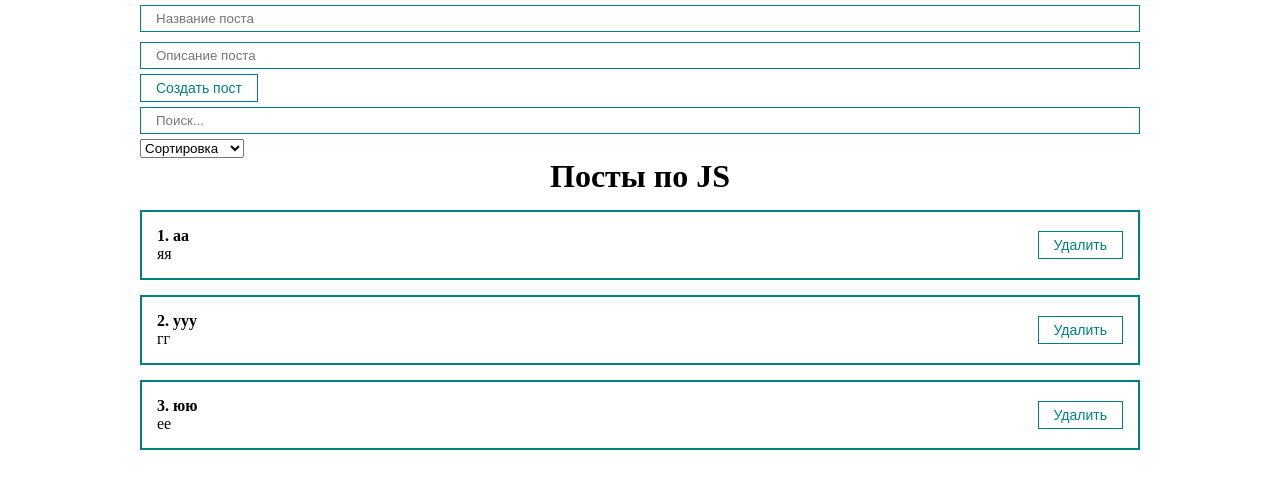
Repository: otvertka/ulb
Page: /
These files come from the project's save history. The page is drawn as it stood at one moment and after the next save; the edit follows.
The browser window is 1280 px wide. The pictures show the whole page.
The project was rebuilt for these pictures with package versions that can differ from the ones it lists, and the page was loaded fresh each time. Also part of the build but not shown: src/components/Counter.jsx, src/components/ClassCounter.jsx.

Above is the page before, as saved 2023-06-13 09:55:56.

### public/index.html
<!DOCTYPE html>
<html lang="en">
  <head>
    <meta charset="utf-8" />
    <meta name="viewport" content="width=device-width, initial-scale=1" />

    <title>React App</title>
  </head>
  <body>
    <noscript>You need to enable JavaScript to run this app.</noscript>
    <div id="root">
      <!-- ЗДЕСЬ БУДЕТ НАШЕ JS ПРИЛОЖЕНИЕ -->
    </div>
  </body>
</html>

### src/index.js
import React from "react";
import ReactDOM from "react-dom";
import App from "./App";

// const root = ReactDOM.createRoot(document.getElementById("root"));
// root.render(<App />);
ReactDOM.render(<App />, document.getElementById("root"));

### src/App.js
import React, { useState, useMemo, useRef } from "react";

import Counter from "./components/Counter";
import ClassCounter from "./components/ClassCounter";
import "./styles/App.css";
import PostItem from "./components/PostItem";
import PostList from "./components/PostList";
import MyButton from "./components/UI/button/MyButton";
import MyInput from "./components/UI/input/MyInput";
import PostForm from "./components/PostForm";
import MySelect from "./components/UI/select/MySelect";

function App() {
  const [posts, setPosts] = useState([
    { id: 1, title: "аа", body: "яя" },
    { id: 2, title: "ууу", body: "гг" },
    { id: 3, title: "юю", body: "ее" },
  ]);

  const [selectedSort, setSelectedSort] = useState("");
  const [searchQuery, setSearchQuery] = useState("");

  const sortedPosts = useMemo(() => {
    // console.log("ОТРАБОТАЛА ФУНКЦИЯ СОРТЕД ПОСТ");
    if (selectedSort) {
      return [...posts].sort(
        (a, b) => a[selectedSort].localeCompare(b[selectedSort]) // развернём Посты в новый массив и мутируем его
      );
    }
    return posts;
  }, [selectedSort, posts]);

  const sortedAndSearchedPosts = useMemo(() => {
    return sortedPosts.filter((post) =>
      post.title.toLowerCase().includes(searchQuery.toLowerCase())
    );
  }, [searchQuery, sortedPosts]);

  const createPost = (newPost) => {
    setPosts([...posts, newPost]);
  };

  // Получаем post из дочернего компонента
  const removePost = (post) => {
    setPosts(posts.filter((p) => p.id !== post.id));
  };

  const sortPosts = (sort) => {
    setSelectedSort(sort);
    console.log(sort);
  };
  // импортируем компонент
  return (
    <div className="App">
      {/* передаём в компонент функцию обратного вызова, чтобы добавить в родительский массив дочерний новый элемент */}
      <PostForm create={createPost} />
      <div>
        <MyInput
          value={searchQuery}
          onChange={(e) => setSearchQuery(e.target.value)}
          placeholder="Поиск..."
        />
        <MySelect
          value={selectedSort}
          onChange={sortPosts}
          defaultValue="Сортировка"
          options={[
            { value: "title", name: "По названию" },
            { value: "body", name: "По описанию" },
          ]}
        />
      </div>
      {sortedAndSearchedPosts.length !== 0 ? (
        <PostList
          remove={removePost}
          posts={sortedAndSearchedPosts}
          title="Посты по JS"
        />
      ) : (
        <h2 style={{ textAlign: "center" }}>Посты не найдены !</h2>
      )}
    </div>
  );
}

export default App;

### src/styles/App.css
* {
  margin: 0;
  padding: 0;
  box-sizing: border-box;
}

/* Рут- блок из index.html */
#root {
  display: flex;
  justify-content: center;
}

.App {
  width: 1000px;
}

.post {
  display: flex;
  padding: 15px;
  border: 2px solid teal;
  margin-top: 15px;
  justify-content: space-between;
  align-items: center;
}

### src/components/PostItem.jsx
import React from "react";
import MyButton from "./UI/button/MyButton";

// Props - входные данные в контексте Реакта. Можно представлять, что это аргумент функции, в кот. мы можем что-то передавать снаружи
const PostItem = (props) => {
  // console.log(props);
  return (
    <div className="post">
      <div className="post__content">
        <strong>
          {props.number}. {props.post.title}
        </strong>
        <div>{props.post.body}</div>
      </div>
      <div className="post__btns">
        <MyButton onClick={() => props.remove(props.post)}>Удалить</MyButton>
      </div>
    </div>
  );
};

export default PostItem;

### src/components/PostList.jsx
import React from "react";
import PostItem from "./PostItem";

const PostList = ({ posts, title, remove }) => {
  return (
    <div>
      <h1 style={{ textAlign: "center" }}>{title}</h1>
      {posts.map((post, index) => (
        <PostItem
          remove={remove}
          number={index + 1}
          post={post}
          key={post.id}
        />
      ))}
    </div>
  );
};

export default PostList;

### src/components/UI/button/MyButton.jsx
import React from "react";
import classes from "./MyButton.module.css";

const MyButton = ({ children, ...props }) => {
  return (
    //
    <button {...props} className={classes.myBtn}>
      {children}
    </button>
  );
};

export default MyButton;

### src/components/UI/input/MyInput.jsx
import React from "react";
import classes from "./MyInput.module.css";

const MyInput = React.forwardRef((props, ref) => {
  return (
    //
    <input ref={ref} className={classes.myInput} {...props} />
  );
});

export default MyInput;

### src/components/PostForm.jsx
import React, { useState } from "react";
import MyInput from "./UI/input/MyInput";
import MyButton from "./UI/button/MyButton";

const PostForm = ({ create }) => {
  const [post, setPost] = useState({ title: "", body: "" });

  const addNewPost = (e) => {
    e.preventDefault();

    const newPost = { ...post, id: Date.now() };
    create(newPost);
    setPost({ title: "", body: "" });
  };
  return (
    <form>
      {/* Управляемый компонент */}
      <MyInput
        value={post.title}
        onChange={(e) => setPost({ ...post, title: e.target.value })}
        type="text"
        placeholder="Название поста"
      ></MyInput>
      {/* Неуправляемый\ Неконтролируемый компонент */}
      <MyInput
        value={post.body}
        onChange={(e) => setPost({ ...post, body: e.target.value })}
        type="text"
        placeholder="Описание поста"
      ></MyInput>
      <MyButton onClick={addNewPost}>Создать пост</MyButton>
    </form>
  );
};

export default PostForm;

### src/components/UI/select/MySelect.jsx
import React from "react";

const MySelect = ({ options, defaultValue, value, onChange }) => {
  return (
    //
    <select value={value} onChange={(event) => onChange(event.target.value)}>
      <option disabled value="">
        {defaultValue}
      </option>
      {options.map((option) => (
        <option key={option.value} value={option.value}>
          {option.name}
        </option>
      ))}
    </select>
  );
};

export default MySelect;

Loaded but not shown: src/components/UI/button/MyButton.module.css (common file); src/components/UI/input/MyInput.module.css (common file)

After the next save:
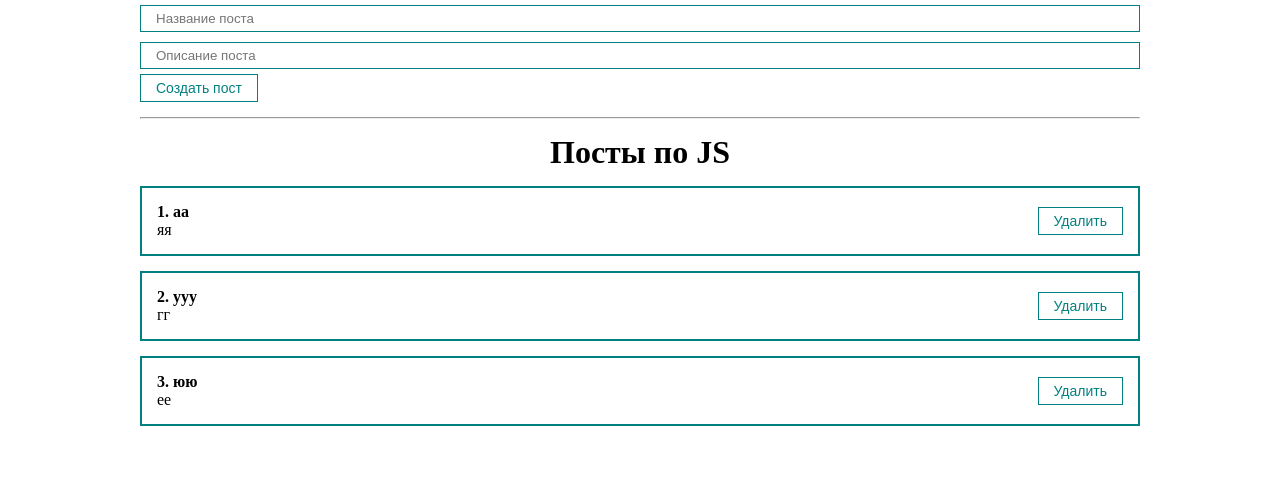
Saved 3 min 17 s later.
--- a/src/App.js
+++ b/src/App.js
@@ -54,22 +54,8 @@ function App() {
     <div className="App">
       {/* передаём в компонент функцию обратного вызова, чтобы добавить в родительский массив дочерний новый элемент */}
       <PostForm create={createPost} />
-      <div>
-        <MyInput
-          value={searchQuery}
-          onChange={(e) => setSearchQuery(e.target.value)}
-          placeholder="Поиск..."
-        />
-        <MySelect
-          value={selectedSort}
-          onChange={sortPosts}
-          defaultValue="Сортировка"
-          options={[
-            { value: "title", name: "По названию" },
-            { value: "body", name: "По описанию" },
-          ]}
-        />
-      </div>
+      <hr style={{ margin: "15px 0" }} />
+
       {sortedAndSearchedPosts.length !== 0 ? (
         <PostList
           remove={removePost}
